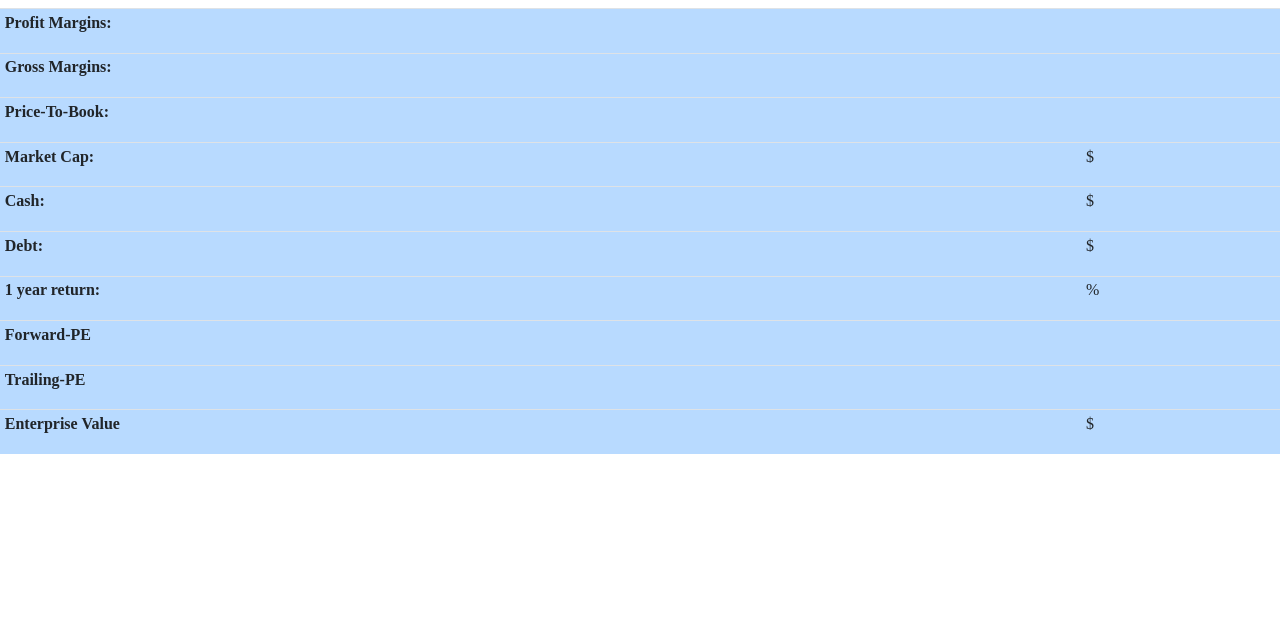
Repository: brendan12372/theSite
Page: topTen/templates/stocks/stock_detail.html
The author's editor kept a copy of each file at every save. The page is drawn from the files as they stood at one save, then again after the next save.
The browser window is 1280 px wide. The pictures show the whole page.
Some web libraries are served in a nearby version. The page is served by the project's application, run on Django 4.2 (manage.py). Other server files are loaded and not shown. The template is opened directly, without the code that normally fills it, so the values that code supplies are empty.

Above is the page before, as saved 2022-03-15 00:40:58.

### topTen/templates/stocks/stock_detail.html
{% load static %}
{{ static }}

<html lang="en">
  <head>
    <!-- Required meta tags -->
    <meta charset="utf-8">
    <meta name="viewport" content="width=device-width, initial-scale=1, shrink-to-fit=no">

    <!-- Bootstrap CSS -->
    <link rel="stylesheet" href="https://cdn.jsdelivr.net/npm/bootstrap@4.0.0/dist/css/bootstrap.min.css" integrity="sha384-Gn5384xqQ1aoWXA+058RXPxPg6fy4IWvTNh0E263XmFcJlSAwiGgFAW/dAiS6JXm" crossorigin="anonymous">
    <link rel="stylesheet" type="text/css" href="{% static 'topTen/style.css' %}"><!doctype html>

    <title>Hello, world!</title>
  </head>
  <body>

    <!--  <h1 class="display-3 text-center">{{ object.shortName }}</h1>
    <p class="text-start font-weight-bold"> summary:</p><p>{{ object.summary }}</p>
    <p>{{object.news}}<a href={{object.link}}>learn more</a> </p>

    <p>market Cap: {{ object.marketCap }}</p>


    <p>Profit Margin: {{ object.profitMargins }}</p>
    <p>Profit Margin: {{ object.grossMargins }}</p>
    <p>1 year Return: {{ object.yearReturn }}</p>
    <p>Price-to-Book: {{ object.PriceToBook}}</p>
    <p>Debt Equity Ratio: {{ object.debtEquityRatio}}</p> -->
    <h1 class="display-3 text-center">{{ object.shortName }}</h1>
    <table class="table table-sm table-hover table-primary">
      <!-- <thead class="thead-dark">
        <tr>
          <th scope="col">cat</th>
          <th scope="col">val</th>
        </tr>
      </thead> -->
      <tbody>
        <tr>
          <td><p class="font-weight-bold">Profit Margins:</p></td>
          <td>{{object.profitMargins}}</td>
        </tr>
        <tr>
          <td><p class="font-weight-bold">Gross Margins:</p></td>
          <td>{{object.grossMargins}}</td>
        </tr>

        <tr>
          <td><p class="font-weight-bold">Price-To-Book:</p></td>
          <td>{{object.PriceToBook}}</td>
        </tr>

        <tr>
          <td><p class="font-weight-bold">Market Cap:</p></td>
          <td>$ {{object.marketCap}}</td>
        </tr>
        <tr>
          <td><p class="font-weight-bold">Cash:</p></td>
          <td>$ {{object.totalCash}}</td>
        </tr>

        <tr>
          <td><p class="font-weight-bold">Debt:</p></td>
          <td>$ {{object.totalDebt}}</td>
        </tr>

        <tr>
          <td><p class="font-weight-bold">1 year return:</p></td>
          <td>{{object.yearReturn}} %</td>
        </tr>
        <tr>
          <td><p class="font-weight-bold">Forward-PE</p></td>
          <td>{{object.forwardPE}}</td>
        </tr>

        <tr>
          <td><p class="font-weight-bold">Trailing-PE</p></td>
          <td>{{object.trailingPE}}</td>
        </tr>

        <tr>
          <td><p class="font-weight-bold">Enterprise Value</p></td>
          <td>$ {{object.enterpriseValue}}</td>
        </tr>


      </tbody>
    </table>




    <!-- Optional JavaScript -->
    <!-- jQuery first, then Popper.js, then Bootstrap JS -->
    <script src="https://code.jquery.com/jquery-3.2.1.slim.min.js" integrity="sha384-KJ3o2DKtIkvYIK3UENzmM7KCkRr/rE9/Qpg6aAZGJwFDMVNA/GpGFF93hXpG5KkN" crossorigin="anonymous"></script>
    <script src="https://cdn.jsdelivr.net/npm/popper.js@1.12.9/dist/umd/popper.min.js" integrity="sha384-ApNbgh9B+Y1QKtv3Rn7W3mgPxhU9K/ScQsAP7hUibX39j7fakFPskvXusvfa0b4Q" crossorigin="anonymous"></script>
    <script src="https://cdn.jsdelivr.net/npm/bootstrap@4.0.0/dist/js/bootstrap.min.js" integrity="sha384-JZR6Spejh4U02d8jOt6vLEHfe/JQGiRRSQQxSfFWpi1MquVdAyjUar5+76PVCmYl" crossorigin="anonymous"></script>
  </body>
</html>

### tutorial/urls.py
from django.urls import path, include
from django.contrib import admin

urlpatterns = [
path('admin/', admin.site.urls),
path('', include('stocks.urls')),
path('topTen/', include('topTen.urls')),

]

### stocks/urls.py
from django.urls import path
from stocks import views
from django.contrib import admin

urlpatterns = [
    # path('stocks/', views.stocks_list),
    path('', views.stocks_list2),
    path('<int:pk>/', views.stocks_detail),
    path('<str:sector>/<str:sortBy>/<str:dir>', views.stocks_list),
    path('sectors/<str:sortBy>/<str:dir>', views.sector_list),

]

### topTen/urls.py
from django.urls import path
from topTen import views
urlpatterns = [
    # path('front/', views.front_list),
    # path('front/<int:pk>/', views.stocks_detail),
    path('sector/', views.sector_view,name='sector'),
    path('home/', views.vTwo,name='sort'),
    path('',views.home,name='home'),
    path('<int:pk>/', views.detail.as_view(),name='detail'),


]

### topTen/static/topTen/style.css
 /* Navbar container */
 .theOptions{
  background-color:lightblue;
  text-align: left;
     padding-left: 10%;
}
 article{
margin-top:30px;
 }
 body{
          font-family: "Noto Serif Armenian Light";

 }
.Key{
    background-color: lightblue;
}

.theList{
  background-color:darkgrey;
  text-align: left;
  margin-top: 5px;
    font-family: "Times";
}
p{
         font-family: "Noto Serif Armenian Light";

}
 .navbar {
  overflow: hidden;
  background-color: darkgrey;
  font-family: 'Noto Serif Armenian Light';
     margin-bottom: 30px;
}
 body {
   background-color:'green'
 }

/* Links inside the navbar */
.navbar a {
  float: left;
  font-size: 16px;
  color: white;
  text-align: center;
  padding: 14px 16px;
  text-decoration: none;
}

/* The dropdown container */
.dropdown {
  float: left;
  overflow: hidden;
}

/* Dropdown button */
.dropdown .dropbtn {
  font-size: 16px;
  border: none;
  outline: none;
  color: white;
  padding: 14px 16px;
  background-color: inherit;
  font-family: inherit; /* Important for vertical align on mobile phones */
  margin: 0; /* Important for vertical align on mobile phones */
}

/* Add a red background color to navbar links on hover */
.navbar a:hover, .dropdown:hover .dropbtn {
  background-color: red;
}

/* Dropdown content (hidden by default) */
.dropdown-content {
  display: none;
  position: absolute;
  background-color: #f9f9f9;
  min-width: 160px;
  box-shadow: 0px 8px 16px 0px rgba(0,0,0,0.2);
  z-index: 1;
}

/* Links inside the dropdown */
.dropdown-content a {
  float: none;
  color: black;
  padding: 12px 16px;
  text-decoration: none;
  display: block;
  text-align: left;
}

/* Add a grey background color to dropdown links on hover */
.dropdown-content a:hover {
  background-color: #ddd;
}

/* Show the dropdown menu on hover */
.dropdown:hover .dropdown-content {
  display: block;
}
label {
  ;
}

After the next save:
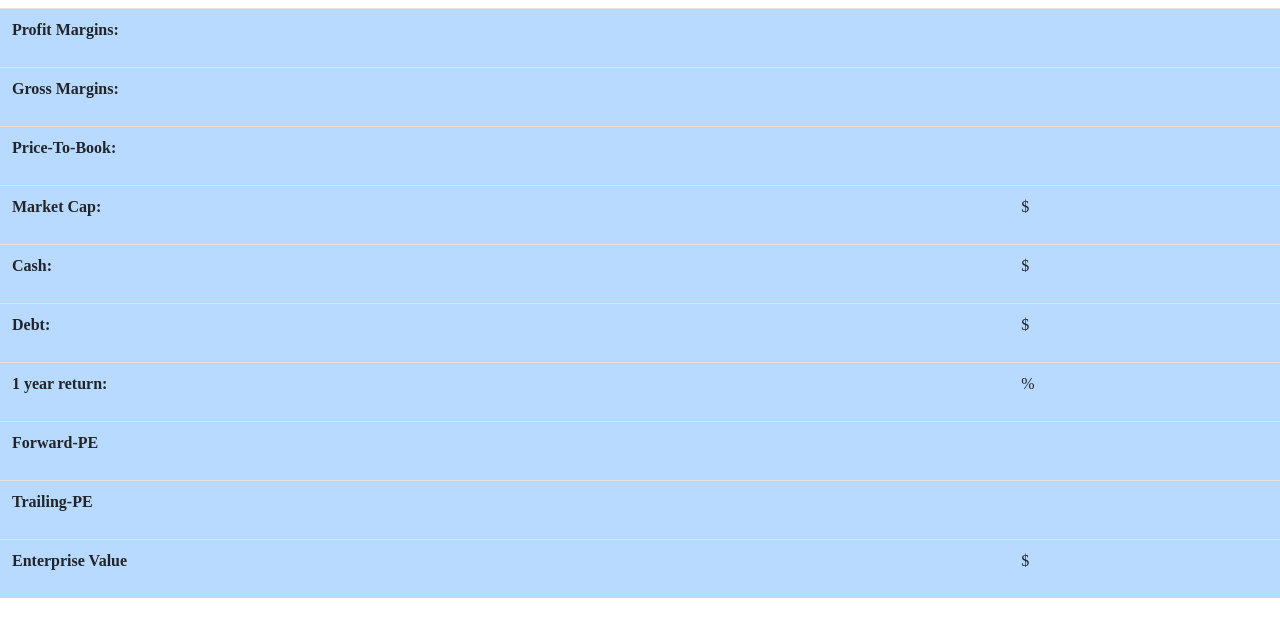
Saved 12 min 45 s later.
--- a/topTen/templates/stocks/stock_detail.html
+++ b/topTen/templates/stocks/stock_detail.html
@@ -28,7 +28,7 @@
     <p>Price-to-Book: {{ object.PriceToBook}}</p>
     <p>Debt Equity Ratio: {{ object.debtEquityRatio}}</p> -->
     <h1 class="display-3 text-center">{{ object.shortName }}</h1>
-    <table class="table table-sm table-hover table-primary">
+    <table class="table table-hover table-primary">
       <!-- <thead class="thead-dark">
         <tr>
           <th scope="col">cat</th>

After the save that followed:
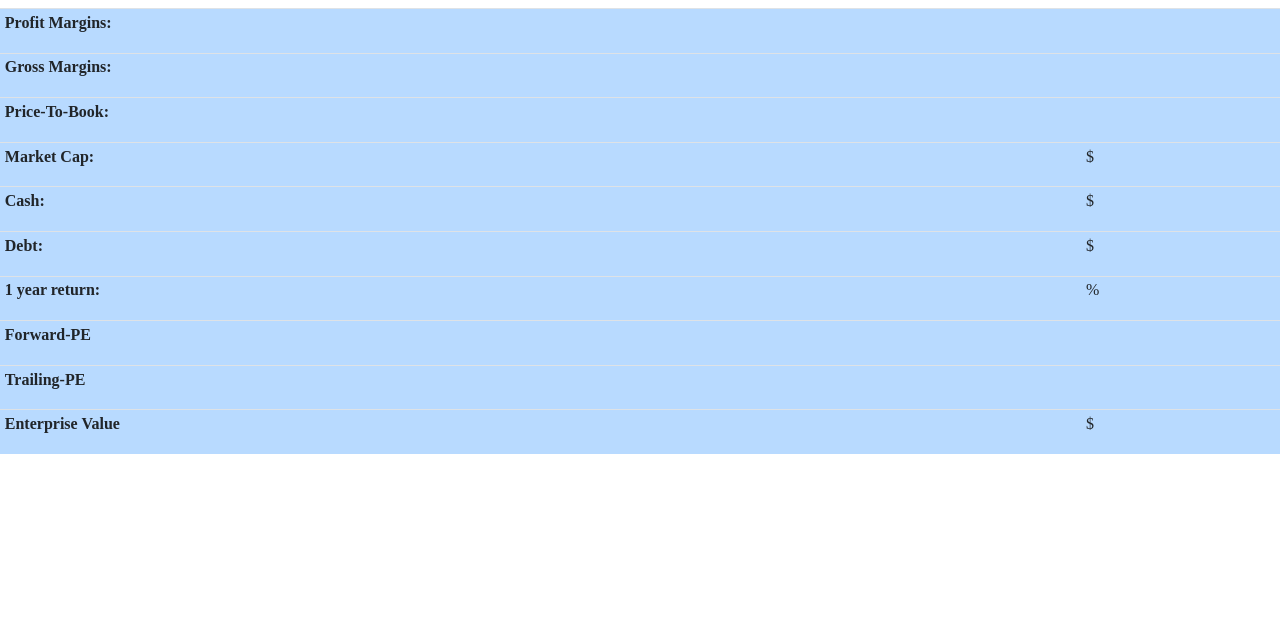
Saved 34 s later.
--- a/topTen/templates/stocks/stock_detail.html
+++ b/topTen/templates/stocks/stock_detail.html
@@ -28,7 +28,7 @@
     <p>Price-to-Book: {{ object.PriceToBook}}</p>
     <p>Debt Equity Ratio: {{ object.debtEquityRatio}}</p> -->
     <h1 class="display-3 text-center">{{ object.shortName }}</h1>
-    <table class="table table-hover table-primary">
+    <table class="table table-hover table-primary table-sm">
       <!-- <thead class="thead-dark">
         <tr>
           <th scope="col">cat</th>
